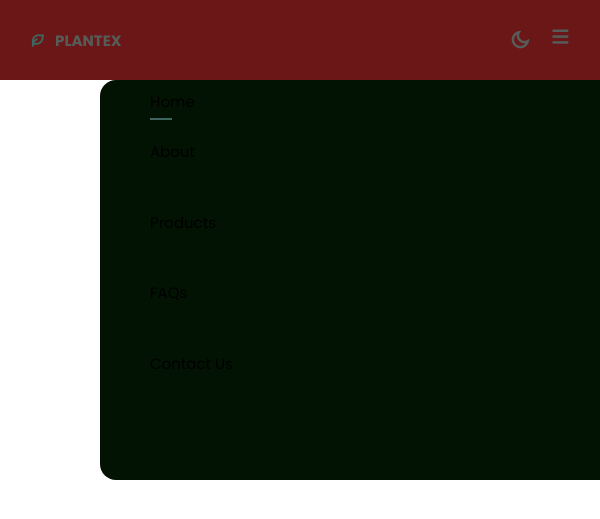
Repository: OmniaRafat232111121/plantwebsite
Page: index.html
These files come from the project's save history. The page is drawn as it stood at one moment and after the next save; the edit follows.
The browser window is 600 px wide. The pictures show the whole page.
After loading, the first visible `#navToggle` was clicked once.

Above is the page before, as saved 2023-01-04 15:37:04.

### index.html
<!DOCTYPE html>
<html lang="en">
<head>
    <meta charset="UTF-8">
    <meta http-equiv="X-UA-Compatible" content="IE=edge">
    <meta name="viewport" content="width=device-width, initial-scale=1.0">
    <title>plant-website</title>
      <!--icon web-->
    <link rel="shortcut icon" href="assets/img/favicon.png" type="image/x-icon">
    <!--css style-->
    <link rel="stylesheet" href="./assets/css/styles.css">
    <!--remix icon-->
    <link href="https://cdn.jsdelivr.net/npm/remixicon@2.5.0/fonts/remixicon.css" rel="stylesheet">
</head>
<body>
<!--header-->
<header class="header" id="header">
<div class="container-header">
    <a class="nav_logo">
   <i class="ri-leaf-line nav_logo-icon "></i>Plantex
</a>

<nav class="nav_menu" id="nav_menu">
    <ul class="nav_list" id="nav_list">
        <li class="nav_item" id="nav_item">
                            <a href="#home" class="nav_link active-link">Home</a>
                        </li>
                        <li class="nav__item">
                            <a href="#about" class="nav_link">About</a>
                        </li>
                        <li class="nav__item">
                            <a href="#products" class="nav_link">Products</a>
                        </li>
                        <li class="nav__item">
                            <a href="#faqs" class="nav_link">FAQs</a>
                        </li>
                        <li class="nav__item">
                            <a href="#contact" class="nav_link">Contact Us</a>
                        </li>
                        <li class="mood">
       <i class= "ri-moon-line change-theme" id="theme-button"></i>

    </li>



    </ul>

    <div class="nav-close" id="nav_close">
        <i class="ri-close-line"></i>

    </div>
    <div  class="nav-btns">
   <i class= "ri-moon-line change-theme" id="theme-button"></i>
    <div class="nav-toggle" id="navToggle">
      <i class="ri-menu-line"></i>
    </div>
   </div>
    </div>
</nav>
</div>

</header>
   <script src="./assets/js/main.js"></script>
</body>
</html>

### assets/css/styles.css
/*=============== GOOGLE FONTS ===============*/
@import url('https://fonts.googleapis.com/css2?family=Poppins:wght@400;500;600;700&display=swap');

/*=============== VARIABLES CSS ===============*/
:root {
  --header-height: 3.5rem; /*56px*/

  /*========== Colors ==========*/
  /*Color mode HSL(hue, saturation, lightness)*/
  --black:#000;
  --green:#3e655e;
  --hue: 152;
  --first-color: hsl(var(--hue), 24%, 32%);
  --first-color-alt: hsl(var(--hue), 24%, 28%);
  --first-color-light: hsl(var(--hue), 24%, 66%);
  --first-color-lighten: hsl(var(--hue), 24%, 92%);
  --title-color: hsl(var(--hue), 4%, 15%);
  --text-color: hsl(var(--hue), 4%, 35%);
  --text-color-light: hsl(var(--hue), 4%, 55%);
  --body-color: hsl(var(--hue), 0%, 100%);
  --container-color: #FFF;

  /*========== Font and typography ==========*/
  /*.5rem = 8px | 1rem = 16px ...*/
  --body-font: 'Poppins', sans-serif;
  --big-font-size: 2rem;
  --h1-font-size: 1.5rem;
  --h2-font-size: 1.25rem;
  --h3-font-size: 1rem;
  --normal-font-size: .938rem;
  --small-font-size: .813rem;
  --smaller-font-size: .75rem;

  /*========== Font weight ==========*/
  --font-medium: 500;
  --font-semi-bold: 600;

  /*========== Margenes Bottom ==========*/
  /*.5rem = 8px | 1rem = 16px ...*/
  --mb-0-5: .5rem;
  --mb-0-75: .75rem;
  --mb-1: 1rem;
  --mb-1-5: 1.5rem;
  --mb-2: 2rem;
  --mb-2-5: 2.5rem;

  /*========== z index ==========*/
  --z-tooltip: 10;
  --z-fixed: 100;
}

/* Responsive typography */
@media screen and (min-width: 968px) {
  :root {
    --big-font-size: 3.5rem;
    --h1-font-size: 2.25rem;
    --h2-font-size: 1.5rem;
    --h3-font-size: 1.25rem;
    --normal-font-size: 1rem;
    --small-font-size: .875rem;
    --smaller-font-size: .813rem;
  }
}

/*=============== BASE ===============*/
*{
  box-sizing: border-box;
  padding: 0;
  margin: 0;
}

html{
  scroll-behavior: smooth;
}

body,
button,
input,
textarea{
  font-family: var(--body-font);
  font-size: var(--normal-font-size);
}

body{
  margin: var(--header-height) 0 0 0;
  background-color: var(--body-color);
  color: var(--text-color);
  transition: .4s; /*For animation dark mode*/
}

button{
  cursor: pointer;
  border: none;
  outline: none;
}

h1,h2,h3{
  color: var(--title-color);
  font-weight: var(--font-semi-bold);
}

ul{
  list-style: none;
}

a{
  text-decoration: none;
}

img{
  max-width: 100%;
  height: auto;
}
/*========== resuable component ==========*/



/*========Header========*/
 header{
  background-color: rgb(107, 23, 23);
  position: fixed;
  top:0;
  left:0;
  width:100%;
  z-index:1000;
  transition: 0.3s;
}
.container-header{
  display:flex;
  align-items: center;
  justify-content: space-between;
  height:var(--header-height);
  padding:40px;
}
.nav_menu{

}
.nav_logo{
  text-transform: uppercase;
  display:inline-flex;
  align-items: center;
  column-gap: 10px;
  font-weight: bold;
  margin-left: 50px;
  cursor: pointer;
}
.nav_logo:hover{
  color:var(--green);
}
.nav_logo-icon{
   color:var(--green);
}
.nav_logo i:hover{
  color:var(--black);
}
nav ul li {
  display: inline-block;
  cursor: pointer;
  margin-left: 40px;
}
nav ul li a{
  color:var(--black);


}
.nav-btns{
  display: none;
}
.mood{
  margin-left: 40px;
  font-size: 20px;

}

.nav-close
{
  color:var(--black);
  display:none;

}

.nav-btns{
  font-size: 20px;
  cursor: pointer;
}
.active-link{
  position: relative;
  color: var(--black);
}
.active-link::after{
  content: '';
  position: absolute;
  bottom: -8px;
  left: 0;
  width: 50%;
  height: 2px;
  background-color: var(--green);
}
.nav_link:hover{
 color: var(--green);
 transition: 0.3s;
}
@media screen and (max-width: 767px){
.nav_list{
display: none;
}
.nav_logo{
  margin-left: -10px;
}

.nav-btns{
  display:inline-flex;
  align-items: center;
  column-gap: 20px;
  font-weight: bold;
  margin-right: -10px;
  cursor: pointer;
}

  .show-menu{

     position: fixed;
    background-color: rgb(3, 19, 3);
    width: 100%;
    height: 50%;
    top: 80px;
    right: 0px;
    left:100px;
    border-radius: 1rem 0 0 1rem;
    transition: .3s;
    z-index: 1000;
    display:grid;
    grid-template-rows: 50px;
    padding: 10px;


  }
  .show-menu {

  }
  .show-menu .mood .ri-moon-line{
    display: none;
  }
  .show-menu .nav-close{
     display: block;
  }
  .nav_list .show-menu{

  }


}

### assets/js/main.js
let navMenu = document.getElementById('nav_menu');
let navList = document.getElementById('nav_list');
let navItem = document.getElementById('nav ul li');
let closeButton = document.getElementById('nav_close');
let navToggle = document.getElementById('navToggle');
navToggle.addEventListener('click', function () {
    navList.classList.toggle('show-menu');

})

After the next save:
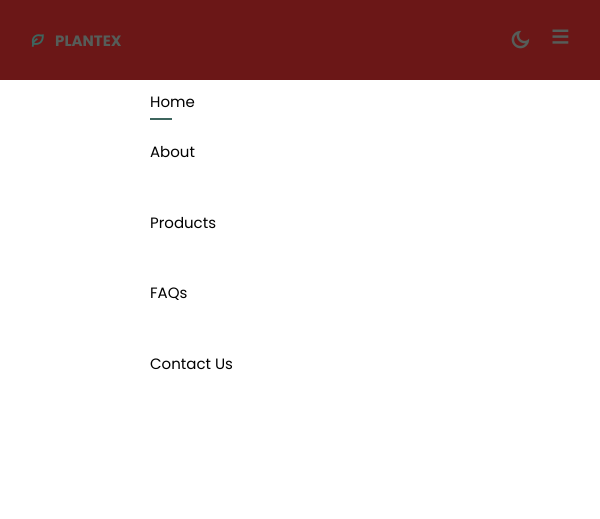
Saved 12 s later.
--- a/assets/css/styles.css
+++ b/assets/css/styles.css
@@ -220,7 +220,7 @@ display: none;
   .show-menu{
 
      position: fixed;
-    background-color: rgb(3, 19, 3);
+
     width: 100%;
     height: 50%;
     top: 80px;
